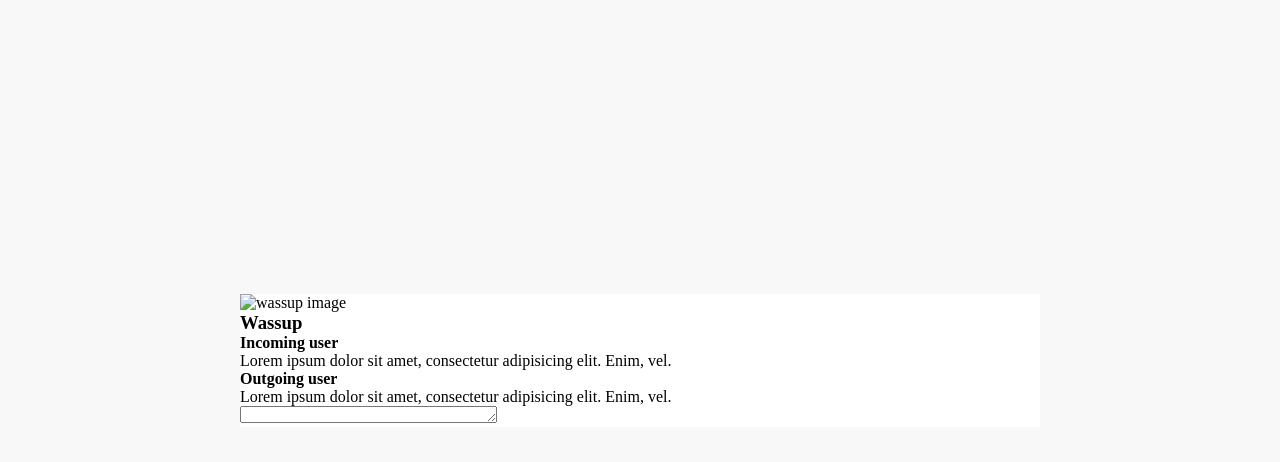
Repository: yashrajverma/Wassup-Chat-App
Page: http://localhost/
The author's editor kept a copy of each file at every save. The page is drawn from the files as they stood at one save, then again after the next save.
The browser window is 1280 px wide. The pictures show the whole page.
The page is served by the project's Node server (server.js).

Above is the page before, as saved 2020-11-19 11:44:30.

### index.html
<!DOCTYPE html>
<html lang="en">

<head>
    <meta charset="UTF-8">
    <meta name="viewport" content="width=device-width, initial-scale=1.0">
    <title>Wassup Chat app</title>
    <link rel="stylesheet" href="/public/style.css">
</head>

<body>
    <script src="/public/client.js"></script>
    <section class="chat_section">
        <div class="brand">
            <img src="" alt="wassup image">
            <h3>Wassup</h3>
        </div>
        <div class="message_area">
            <div class="incoming_message">
                <h4>Incoming user</h4>
                <p>Lorem ipsum dolor sit amet, consectetur adipisicing elit. Enim, vel.</p>
            </div>
            <div class="outgoing_message">
                <h4>Outgoing user</h4>
                <p>Lorem ipsum dolor sit amet, consectetur adipisicing elit. Enim, vel.</p>
            </div>
        </div>
        <div>
            <textarea id="message_box" cols="30" rows="1"></textarea>
        </div>
    </section>
</body>

</html>

### server.js
const express = require('express');
const app = express();
const PORT = process.env.PORT || 3000;
app.get('/', (req, res) => {
    res.sendFile(__dirname + '/index.html');
});
app.listen(PORT);

### public/style.css
* {
    padding: 0;
    margin: 0;
    box-sizing: border-box;
}

body {
    display: flex;
    align-items: center;
    justify-content: center;
    min-height: 100vh;
    background: #f8f8f8;
    font-family: 'Roboto' sans-serif;
}

section.chat_section {
    min-height: 90%;
    width: 800px;
    background: #fff;
}

Loaded but not shown: public/client.js (no copy from this time; the picture is the same without it)

After the next save:
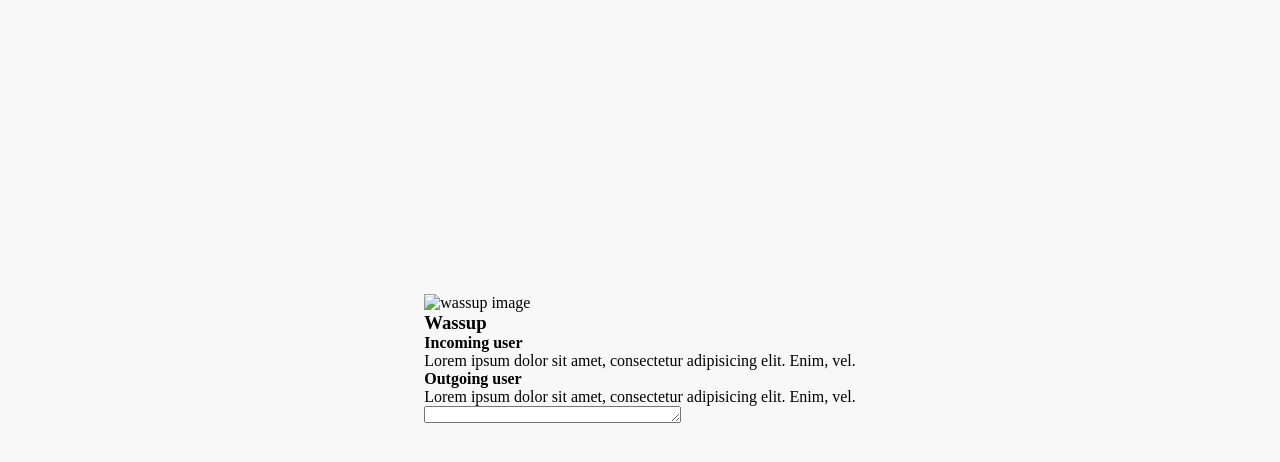
Saved 29 s later.
--- a/public/style.css
+++ b/public/style.css
@@ -13,7 +13,7 @@ body {
     font-family: 'Roboto' sans-serif;
 }
 
-section.chat_section {
+section .chat_section {
     min-height: 90%;
     width: 800px;
     background: #fff;
